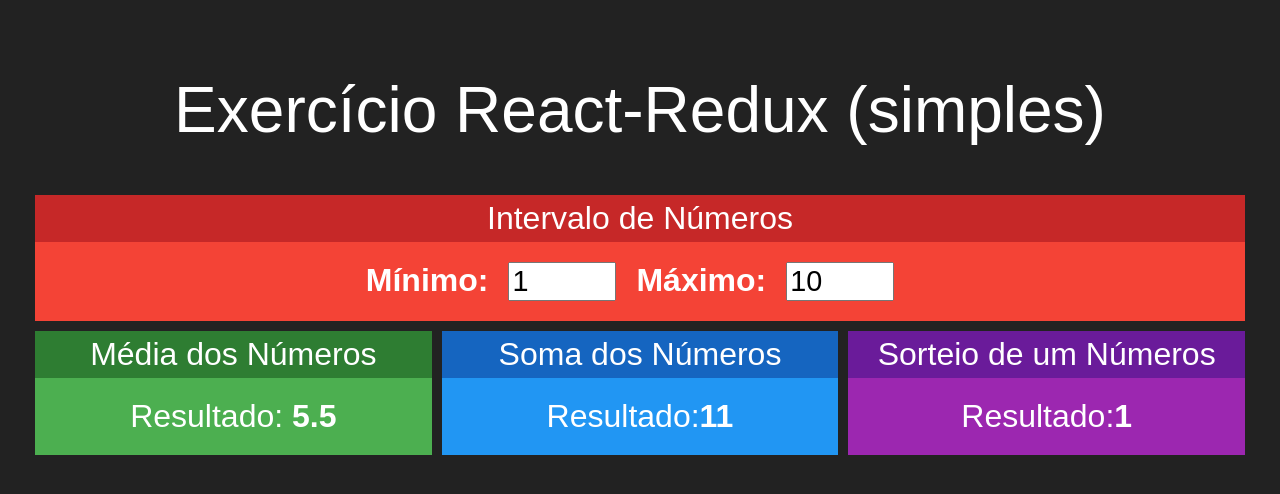
Repository: Henrique-Franca/Clear-Redux-Simples
Page: /
An editor plug-in stored every save of this project. The page is shown before and after the next save, followed by the edit.
The browser window is 1280 px wide. The pictures show the whole page.
The project was rebuilt for these pictures with package versions that can differ from the ones it lists, and the page was loaded fresh each time.

Above is the page before, as saved 2022-11-22 08:34:40.

After the next save:
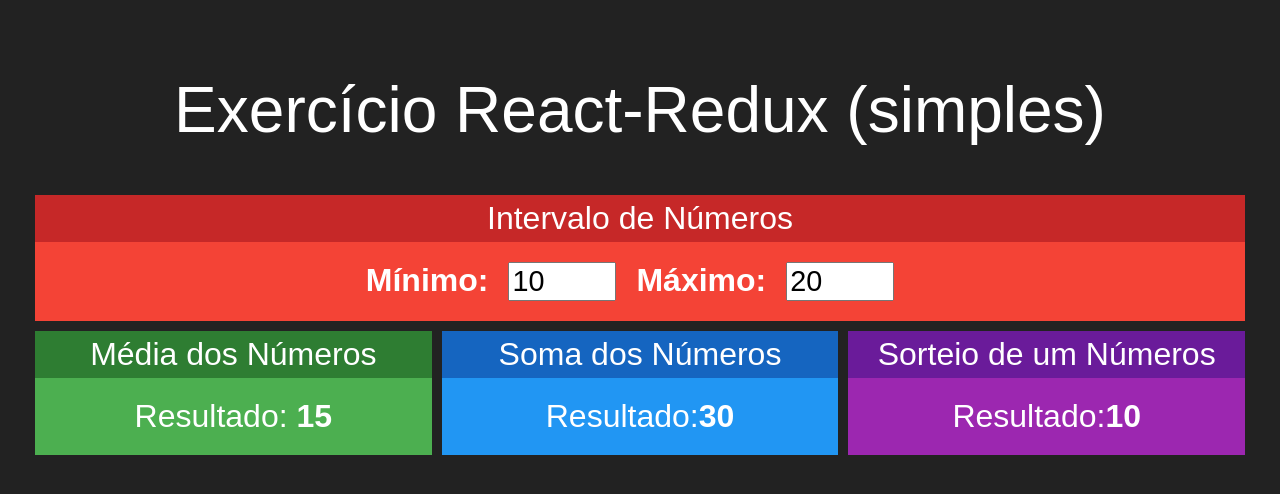
Saved 25 s later.
--- a/src/App.js
+++ b/src/App.js
@@ -8,8 +8,8 @@ import Sorteio from './components/Sorteio';
 
 function App() {
 
-  const [min, setMin] = useState(1)
-  const [max, setMax] = useState(10)
+  const [min, setMin] = useState(10)
+  const [max, setMax] = useState(20)
 
   return (
     <div className="App">
